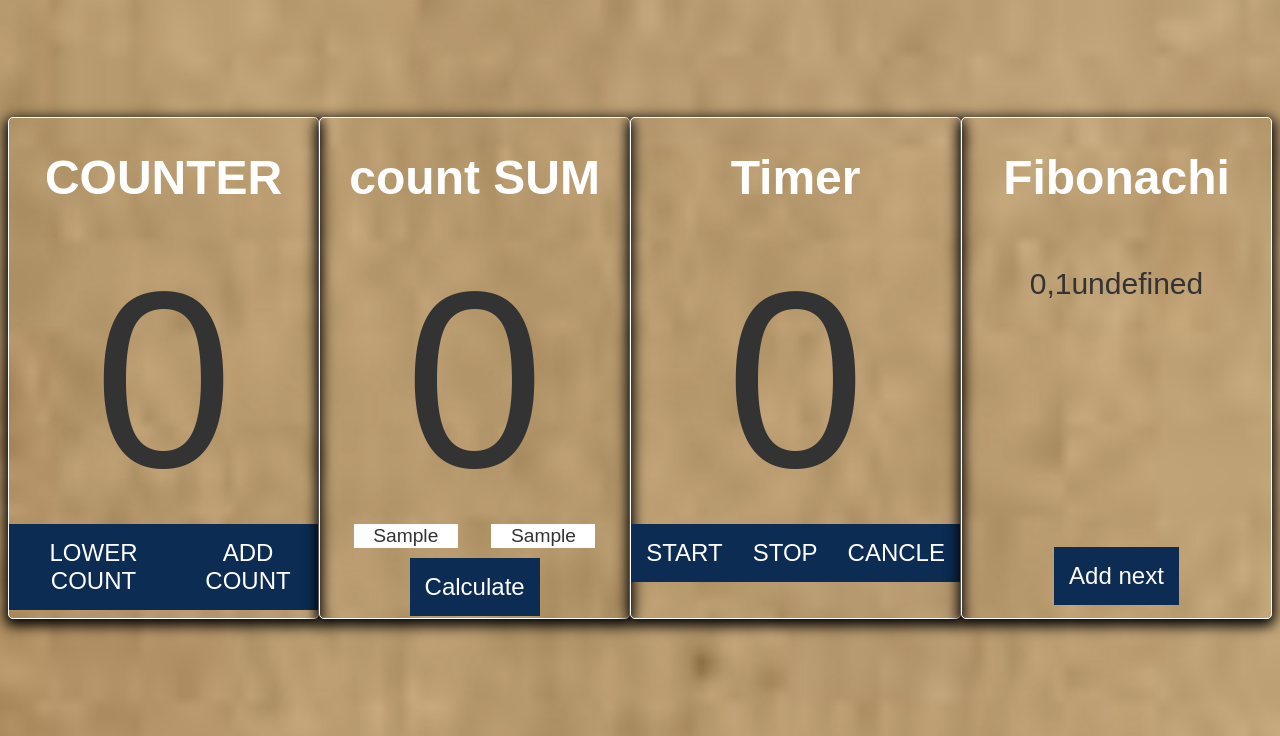
Repository: Hasmik-icml/counter
Page: index.html
The author's editor kept a copy of each file at every save. The page is drawn from the files as they stood at one save, then again after the next save.
The browser window is 1280 px wide. The pictures show the whole page.
Empty fields were first filled with sample values (such as "Sample", 5 or name@example.com).
After loading, the first visible `div.fibonachiButtons` was clicked once.

Above is the page before, as saved 2022-02-14 23:32:56.

### index.html
<!DOCTYPE html>
<html lang="en">
<head>
    <meta charset="UTF-8">
    <meta http-equiv="X-UA-Compatible" content="IE=edge">
    <meta name="viewport" content="width=device-width, initial-scale=1.0">
    <link rel="stylesheet" href="/style.css">
    <title>Document</title>
</head>
<body>
    <!-- increase decrease -->
    <div class="container">
        <h1 class="counterHeader">COUNTER</h1>
        <div class="result">0</div>
        <div class="buttons">
            <button class="buttonLower button" data-id="lower">LOWER COUNT</button>
            <button class="buttonAdd button" data-id="add">ADD COUNT</button>
    </div>
    </div>

    <!--calculate sum of two numbers  -->
    <div class="container">
        <h1 class="counterHeader">count SUM</h1>
        <div class="resultSum result">0</div>
        <div class="inputs">
            <input type="text" class="inputNumber1 input">
            <input type="text" class="inputNumber2 input">
        </div>
        <button class="calculateNumber button">Calculate</button>
        <!--  -->
    </div>
    <!-- timer -->
    <div class="container">
        <h1 class="counterHeader">Timer</h1>
        <div class="resultTimer result">0</div>
        <div class="timerButtons buttons">
            <button class="buttonStart button">START</button>
            <button class="buttonStop button">STOP</button>
            <button class="buttonCansle button">CANCLE</button>
         </div>
    </div>
    <!-- fibonachi -->
    <div class="container">
        <h1 class="counterHeader">Fibonachi</h1>
        <div class="resultFibonachi result">0,1</div>
        <div class="fibonachiButtons buttons">
            <button class="buttonStart button">Add next</button>
         </div>
    </div>

    <script src="/index.js"></script>
</body>
</html>

### style.css
body{
    display:flex;
    text-align: center;
    /* flex-direction:column;
    justify-content:center; */
    min-height:100vh;
    background-image: url("/background.png");
    background-repeat: no-repeat;
    background-size: cover;
}
.container {
    width: 500px;
    height: 500px;
    border: 1px solid white;
    border-radius: 5px;
    margin: auto;
    text-align: center;
    box-shadow: 0px 4px 13px 3px;
    display: flex;
    flex-direction: column;
    justify-content: center;
    display: inline-block;
    justify-content: center;
    vertical-align: bottom;
}
.counterHeader{
    color: white;
    font-family: sans-serif;
    font-size: xxx-large;
}
.result{
    color: #333333;
    font-family: sans-serif;
    font-size: 250px;
}
.button{
    background-color: #0c2c54;
    border-style: none;
    color: white;
    padding: 15px;
    font-family: sans-serif;
    font-size: x-large;
}
.buttons{
    display: flex;
    justify-content: space-evenly;
}

.inputs{
    display: flex;
    justify-content: space-evenly;
    margin-bottom: 10px;
}
.input{
    border: none;
    font-size: larger;
    font-family: sans-serif;
    text-align: center;
    color: #333333;
    width: 100px;
    outline: none;
}
.resultFibonachi{
    font-size: 30px;
    height: 50%;
    overflow-wrap: anywhere;
    padding: 30px;
}

### index.js
// increase decrease
const result = document.querySelector(".result");
const buttonLower = document.querySelector(".buttonLower");
const buttonAdd = document.querySelector(".buttonAdd");

buttonLower.addEventListener("click", function(){
    result.innerHTML--;
})
buttonAdd.addEventListener("click", function(){
    result.innerHTML++;
})

// second version
// document.querySelectorAll(".button").forEach(item => {
//     item.addEventListener("click", function(e){
//         console.log("Target",item.getAttribute("data-id"));
//         if (item.getAttribute("data-id") === "add"){
//             result.innerHTML++;
//         }else{
//             result.innerHTML--;
//         }
//     })
// })


// calculate sum of two numbers
document.querySelector(".calculateNumber").addEventListener("click", function(){
    const number1 = +document.querySelector(".inputNumber1").value;
    const number2 = +document.querySelector(".inputNumber2").value;
    document.querySelector(".resultSum").innerHTML = calculate(number1)(number2);

})

function calculate(num1){
    return function(num2){
        return num1 + num2;
    }
}

// timer
const buttonStart = document.querySelector(".buttonStart");
const buttonStop = document.querySelector(".buttonStop");
const buttonCansle = document.querySelector(".buttonCansle");
const resultTimer = document.querySelector(".resultTimer");
let interval;

buttonStart.addEventListener("click", function(){
    interval = setInterval(timerStart, 1000);
})

buttonStop.addEventListener("click", function(){
    timerStop();
})

buttonCansle.addEventListener("click", function(){
    resultTimer.innerHTML = "0";
})

function timerStart(){
    resultTimer.innerHTML++;
}

function timerStop(){
  clearInterval(interval);
}

//fibonachi
let fibonachiNumbers = [0, 1];

document.querySelector(".fibonachiButtons").addEventListener("click",function(){
   let next = fibonachiNumbers.length + 1;
 fib(next);
  console.log(next);
  document.querySelector(".resultFibonachi").innerHTML += fibonachiNumbers[next];

})


function fib(next){
    console.log(next);
    fibonachiNumbers.push(fibonachiNumbers[fibonachiNumbers.length-1] + fibonachiNumbers[fibonachiNumbers.length - 2]);
    console.log(fibonachiNumbers);
}

After the next save:
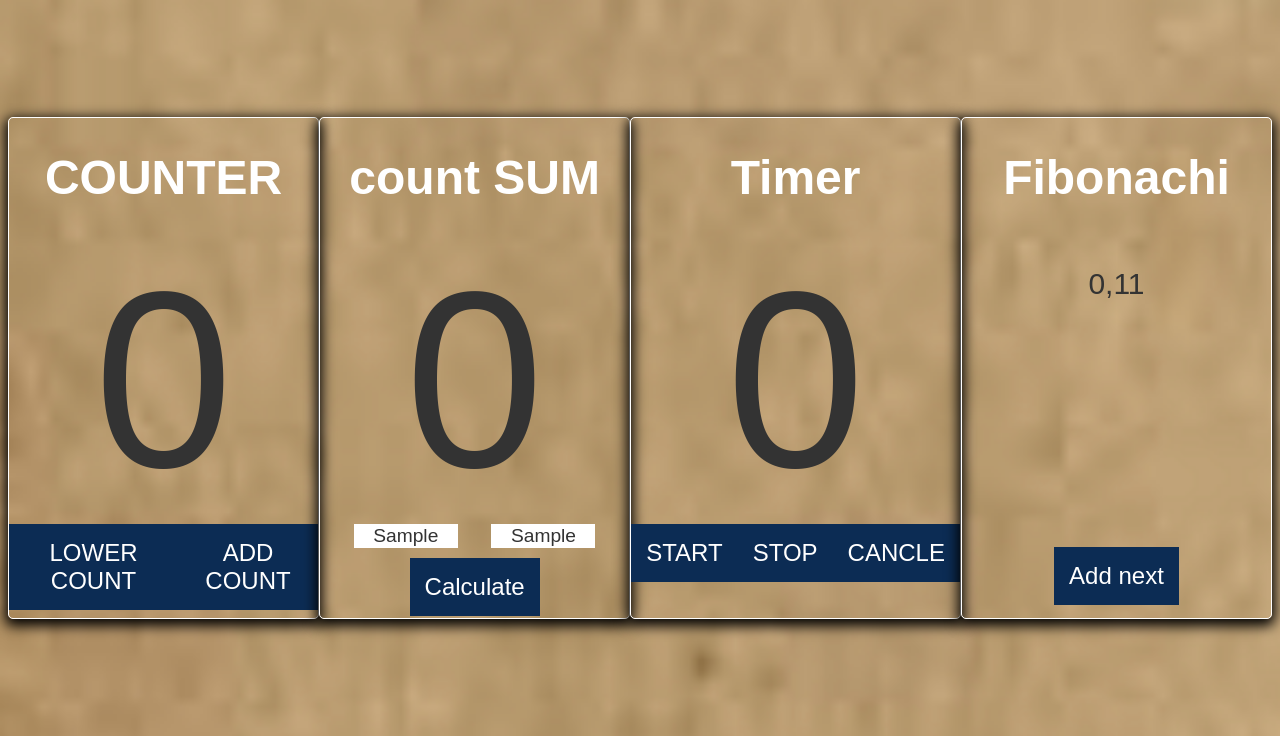
Saved 13 s later.
--- a/index.js
+++ b/index.js
@@ -71,7 +71,7 @@ document.querySelector(".fibonachiButtons").addEventListener("click",function(){
    let next = fibonachiNumbers.length + 1;
  fib(next);
   console.log(next);
-  document.querySelector(".resultFibonachi").innerHTML += fibonachiNumbers[next];
+  document.querySelector(".resultFibonachi").innerHTML += fibonachiNumbers[next-1];
 
 })
 
